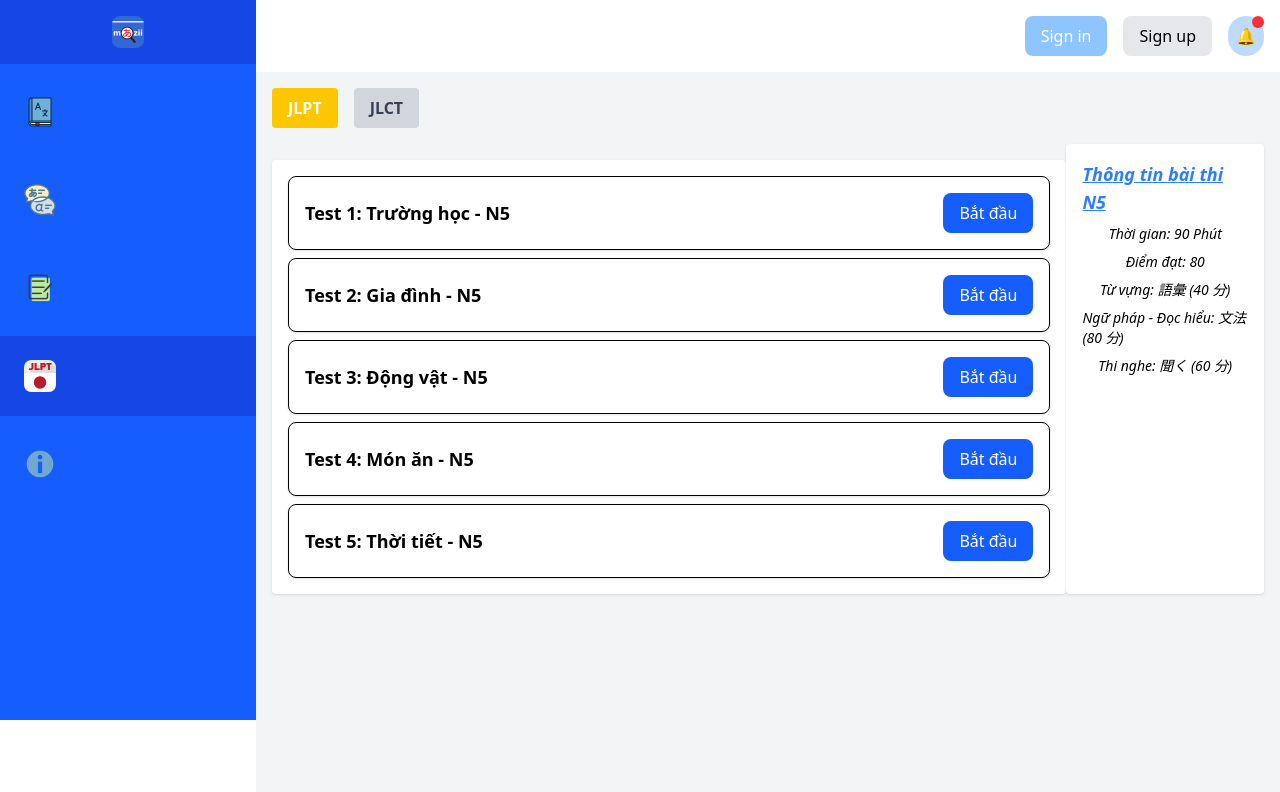
Repository: reminzuetto/JapaneseTranslationApp
Page: /jlpt
The author's editor kept a copy of each file at every save. The page is drawn from the files as they stood at one save, then again after a run of saves.
The browser window is 1280 px wide. The pictures show the whole page.
The page's requests for data from a server got no answer. The project was rebuilt for these pictures with package versions that can differ from the ones it lists, and the page was loaded fresh each time. No one was signed in, and anything a server would have sent is missing. Also part of the build but not shown: vite.config.js, src/components/Header/NotificationItem.jsx, src/components/SeachBar/DropDownButton.jsx, src/components/SeachBar/SearchInput.jsx, src/components/SeachBar/SearchBar.jsx, src/pages/Home.jsx, src/Firebase.jsx, src/pages/SignInForm.jsx and 8 more.

Above is the page before, as saved 2025-03-19 08:26:48.

After the next 2 saves:
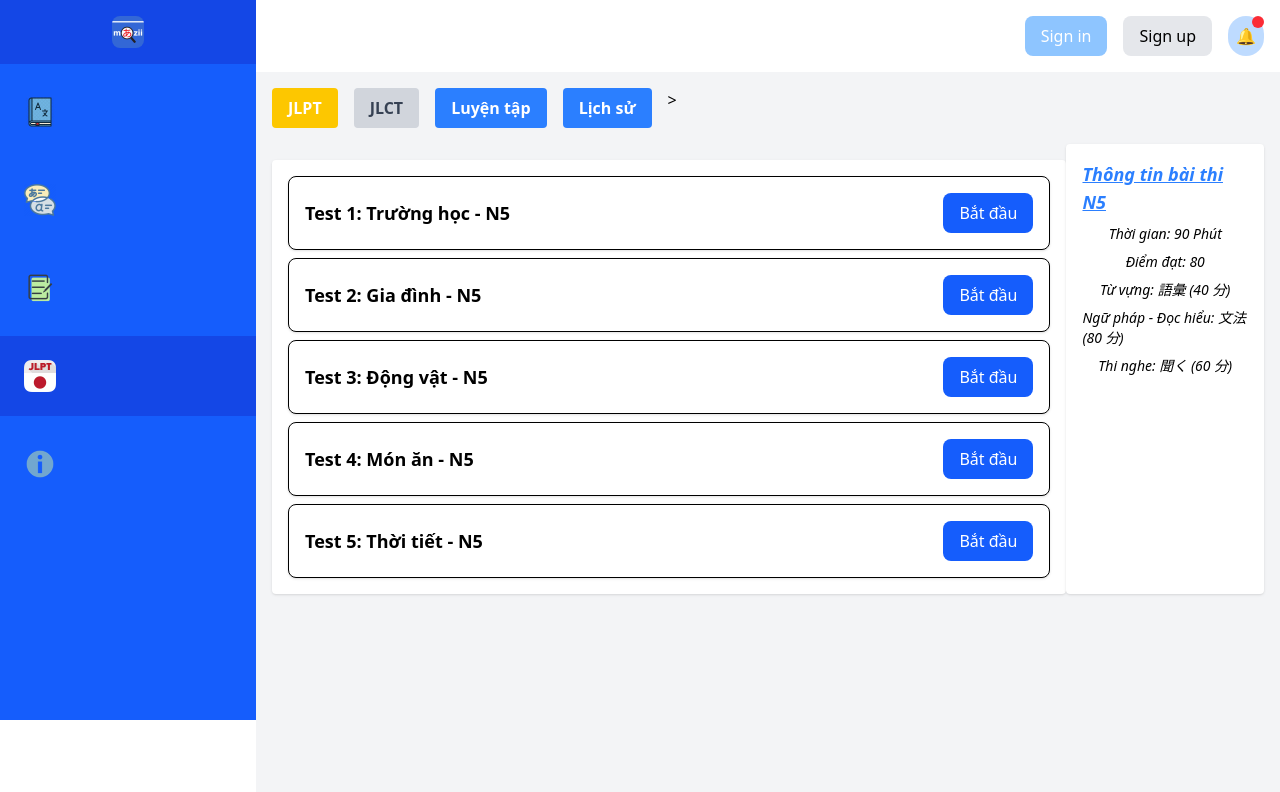
The 2 saves are shown as one change because 1 did not build or start.
The last was saved 26 s later.
--- a/src/pages/JLPTPage.jsx
+++ b/src/pages/JLPTPage.jsx
@@ -26,6 +26,15 @@ const JLPTPage = () => {
           <button className="px-4 py-2 bg-gray-300 text-gray-700 font-bold rounded">
             JLCT
           </button>
+        </div>
+        <div className="flex justify-end gap-4">
+          <button className="px-4 py-2 bg-blue-500 text-white font-bold rounded">
+            Luyện tập
+          </button>
+          <button className="px-4 py-2 bg-blue-500 text-white font-bold rounded">
+            Lịch sử
+          </button>
+          >
         </div>
       </div>
       <div className="flex">
